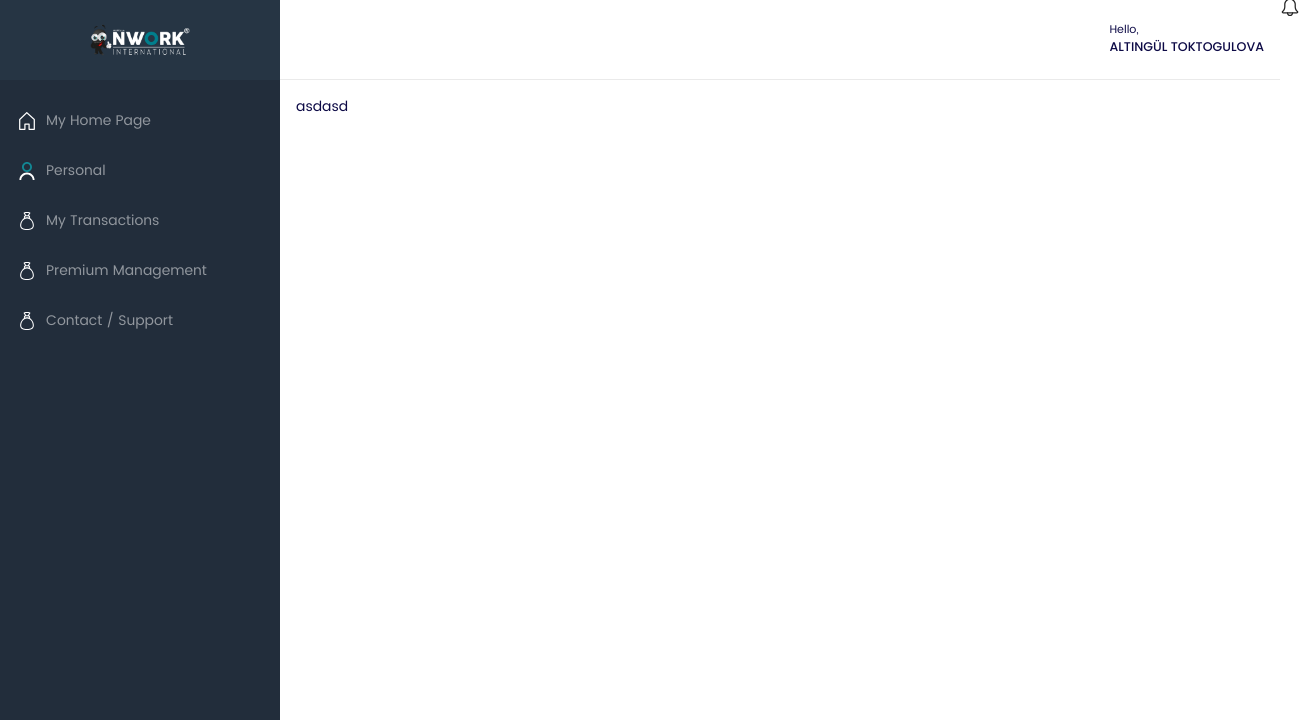
Repository: KayahanKahriman/nwork-admin
Page: index.html
An editor plug-in stored every save of this project. The page is shown before and after the next save, followed by the edit.
The browser window is 1280 px wide. The page is 1300 px wide, then 1280 px, so the pictures cover 1300 px, including what lies to the right of the window. The pictures show the whole page.
Some web fonts or font styles are not loaded; a fallback is used. The style sheet was rebuilt from its Sass, Less or Tailwind sources for each picture, by a compiler version that may differ from the author's.

Above is the page before, as saved 2021-06-09 13:16:02.

After the next save:
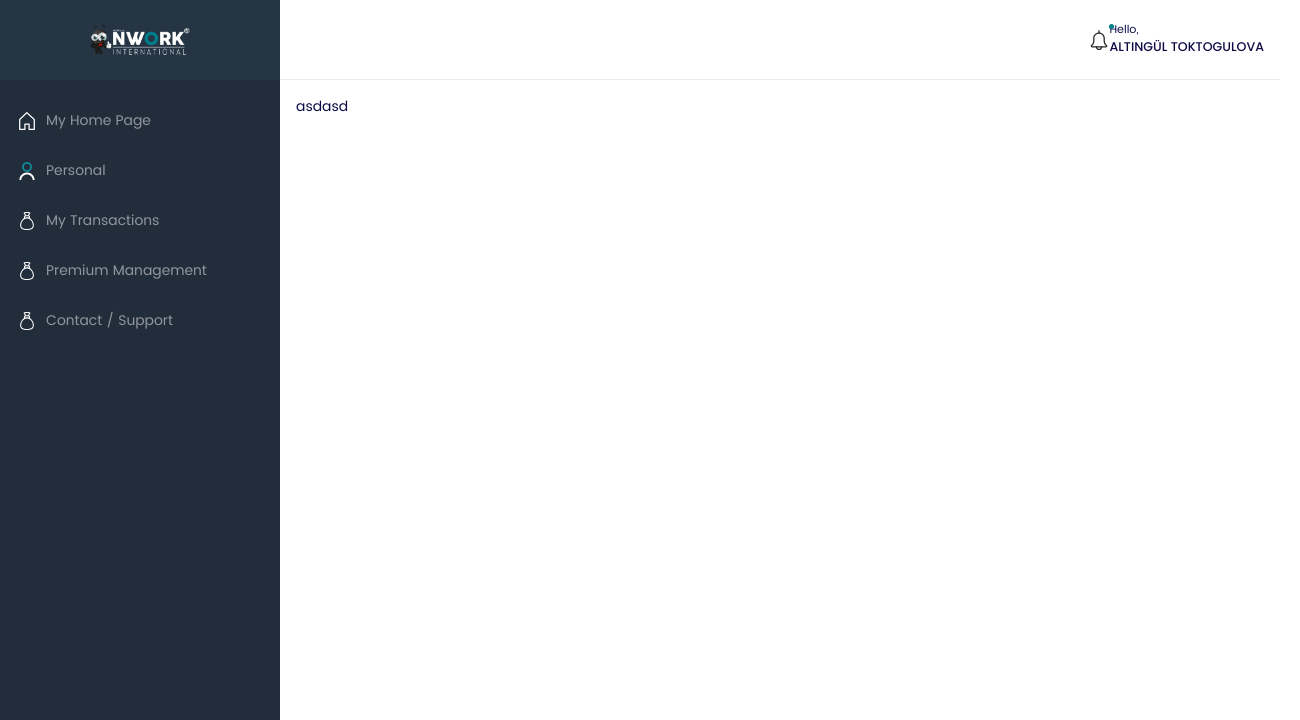
Saved 85 s later.
--- a/assets/scss/_header.scss
+++ b/assets/scss/_header.scss
@@ -26,11 +26,14 @@
 }
 
 .has-notification {
-  background: var(--primary-color);
-  width: 5px;
-  height: 5px;
-  border-radius: 50%;
-  position: absolute;
-  top: -5px;
-  right: -5px;
+  position: relative;
+  i {
+    background: var(--primary-color);
+    width: 5px;
+    height: 5px;
+    border-radius: 50%;
+    position: absolute;
+    top: -5px;
+    right: -5px;
+  }
 }
